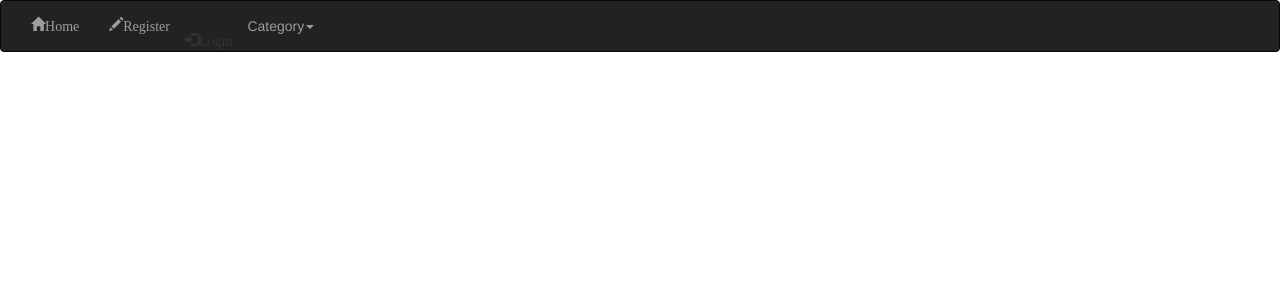
Repository: mozhulungdsuo/Task3
Page: http://localhost/DynamicWebsite/
An editor plug-in stored every save of this project. The page is shown before and after the next save, followed by the edit.
The browser window is 1280 px wide. The pictures show the whole page.
Some web libraries are served in a nearby version. The page is served by Tomcat 9.

Above is the page before, as saved 2018-01-11 04:06:12.

### DynamicWebsite/WebContent/index.jsp
<%@ page language="java" contentType="text/html; charset=ISO-8859-1"
    pageEncoding="ISO-8859-1"%>
<!DOCTYPE html PUBLIC "-//W3C//DTD HTML 4.01 Transitional//EN" "http://www.w3.org/TR/html4/loose.dtd">
<html>
<head>
<meta http-equiv="Content-Type" content="text/html; charset=ISO-8859-1">
<title>Insert title here</title>
<meta name="viewport" content="width=device-width, initial-scale=1">
  <link rel="stylesheet" href="https://maxcdn.bootstrapcdn.com/bootstrap/3.3.7/css/bootstrap.min.css">
  <script src="https://ajax.googleapis.com/ajax/libs/jquery/3.2.1/jquery.min.js"></script>
  <script src="https://maxcdn.bootstrapcdn.com/bootstrap/3.3.7/js/bootstrap.min.js"></script>
</head>
<nav class="navbar navbar-inverse">
  <div class="container-fluid">
  <ul class="nav navbar-nav">
   <li><a href="#"><span class="glyphicon glyphicon-home">Home</span></a></li>
   <li><a href="#"><span class="glyphicon glyphicon-pencil">Register</span></a></li>
   <li><a href="#"></a><span class="glyphicon glyphicon-log-in">Login</span></li>
   <li class="dropdown"><a class="dropdown-toggle" data-toggle="dropdown" href="#">Category<span class="caret"></span></a>
        <ul class="dropdown-menu">
          <li><a href="#">Jeans</a></li>
          <li><a href="#">Shirts</a></li>
          <li><a href="#">Shoes</a></li>
        </ul>
        </li>
    </ul>
    </div>
    </nav>
<body>

</body>
</html>

After the next save:
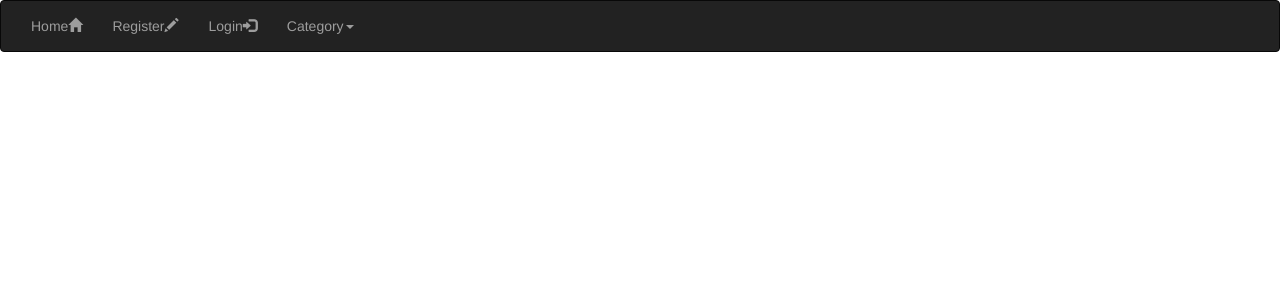
Saved 98 s later.
--- a/DynamicWebsite/WebContent/index.jsp
+++ b/DynamicWebsite/WebContent/index.jsp
@@ -13,9 +13,9 @@
 <nav class="navbar navbar-inverse">
   <div class="container-fluid">
   <ul class="nav navbar-nav">
-   <li><a href="#"><span class="glyphicon glyphicon-home">Home</span></a></li>
-   <li><a href="#"><span class="glyphicon glyphicon-pencil">Register</span></a></li>
-   <li><a href="#"></a><span class="glyphicon glyphicon-log-in">Login</span></li>
+   <li><a href="#">Home<span class="glyphicon glyphicon-home"></span></a></li>
+   <li><a href="#">Register<span class="glyphicon glyphicon-pencil"></span></a></li>
+   <li><a href="#">Login<span class="glyphicon glyphicon-log-in"></span></a></li>
    <li class="dropdown"><a class="dropdown-toggle" data-toggle="dropdown" href="#">Category<span class="caret"></span></a>
         <ul class="dropdown-menu">
           <li><a href="#">Jeans</a></li>
